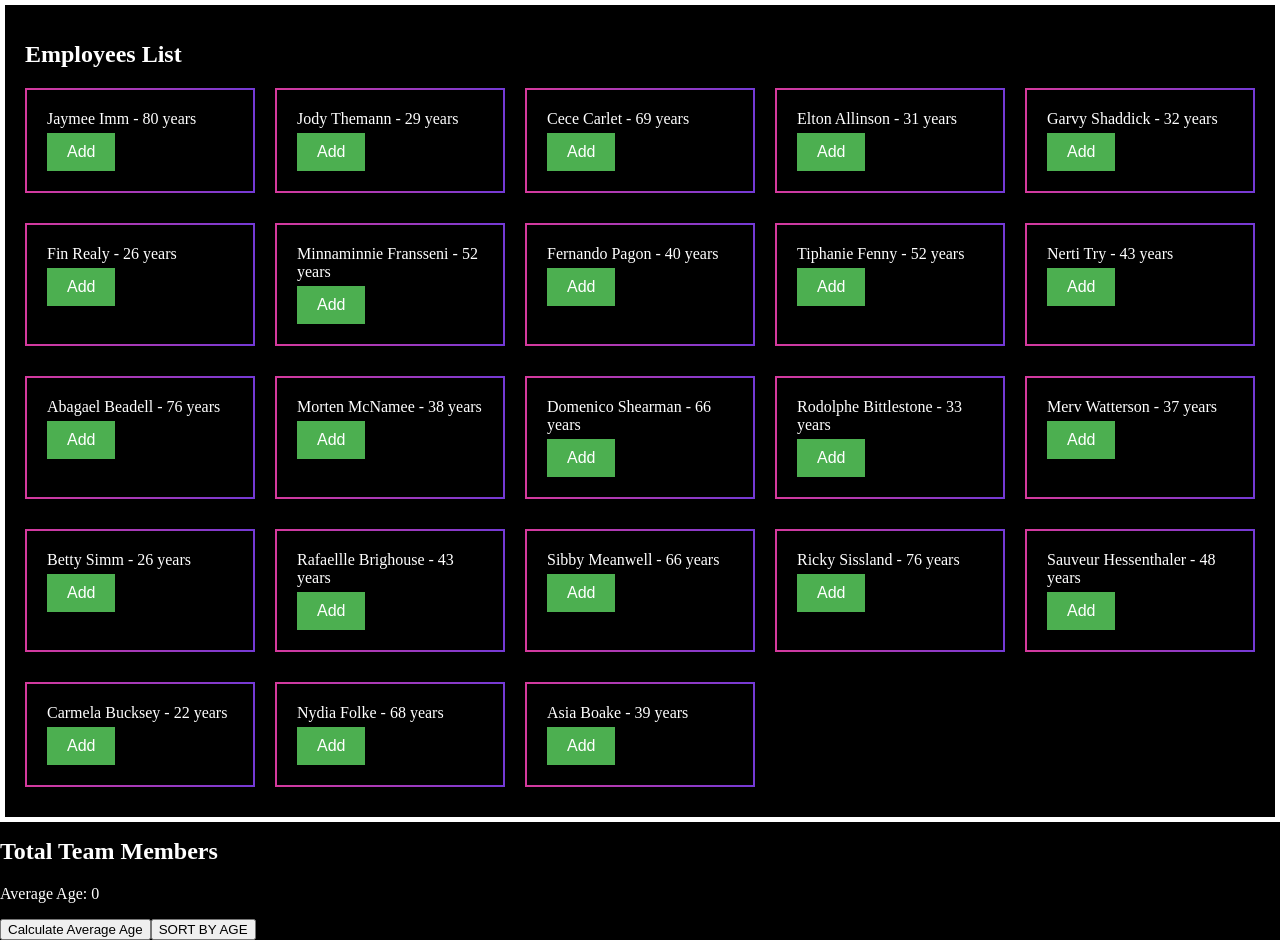
Repository: sriram1224/Teams-list
Page: /
The author's editor kept a copy of each file at every save. The page is drawn from the files as they stood at one save, then again after the next save.
The browser window is 1280 px wide. The pictures show the whole page.
The project was rebuilt for these pictures with package versions that can differ from the ones it lists, and the page was loaded fresh each time.

Above is the page before, as saved 2024-03-27 00:07:46.

### src/index.css
body {
  margin: 0;
 background-color: black;
 color : white;
}

code {
  font-family: source-code-pro, Menlo, Monaco, Consolas, 'Courier New',
    monospace;
}

### src/App.js
import Main from "./main";
import React from 'react';

function App() {
  return (
    <div >
      <Main />
    </div>
  );
}

export default App;

### src/main.jsx
import React, { useReducer } from 'react';
import EmployeesList from './EmloyeesList';
import TotalEmployees from './TotalEmployees';

const employees = [
  {"id":1,"first_name":"Jaymee","last_name":"Imm","email":"jimm0@craigslist.org","gender":"Genderqueer","age":80},
{"id":2,"first_name":"Jody","last_name":"Themann","email":"jthemann1@skyrock.com","gender":"Agender","age":29},
{"id":3,"first_name":"Cece","last_name":"Carlet","email":"ccarlet2@jalbum.net","gender":"Male","age":69},
{"id":4,"first_name":"Elton","last_name":"Allinson","email":"eallinson3@jugem.jp","gender":"Male","age":31},
{"id":5,"first_name":"Garvy","last_name":"Shaddick","email":"gshaddick4@rediff.com","gender":"Male","age":32},
{"id":6,"first_name":"Fin","last_name":"Realy","email":"frealy5@unc.edu","gender":"Male","age":26},
{"id":7,"first_name":"Minnaminnie","last_name":"Fransseni","email":"mfransseni6@aboutads.info","gender":"Agender","age":52},
{"id":8,"first_name":"Fernando","last_name":"Pagon","email":"fpagon7@blogs.com","gender":"Male","age":40},
{"id":9,"first_name":"Tiphanie","last_name":"Fenny","email":"tfenny8@sakura.ne.jp","gender":"Female","age":52},
{"id":10,"first_name":"Nerti","last_name":"Try","email":"ntry9@shareasale.com","gender":"Female","age":43},
{"id":11,"first_name":"Abagael","last_name":"Beadell","email":"abeadella@unc.edu","gender":"Female","age":76},
{"id":12,"first_name":"Morten","last_name":"McNamee","email":"mmcnameeb@sun.com","gender":"Male","age":38},
{"id":13,"first_name":"Domenico","last_name":"Shearman","email":"dshearmanc@seesaa.net","gender":"Male","age":66},
{"id":14,"first_name":"Rodolphe","last_name":"Bittlestone","email":"rbittlestoned@51.la","gender":"Male","age":33},
{"id":15,"first_name":"Merv","last_name":"Watterson","email":"mwattersone@storify.com","gender":"Male","age":37},
{"id":16,"first_name":"Betty","last_name":"Simm","email":"bsimmf@engadget.com","gender":"Female","age":26},
{"id":17,"first_name":"Rafaellle","last_name":"Brighouse","email":"rbrighouseg@vinaora.com","gender":"Male","age":43},
{"id":18,"first_name":"Sibby","last_name":"Meanwell","email":"smeanwellh@independent.co.uk","gender":"Female","age":66},
{"id":19,"first_name":"Ricky","last_name":"Sissland","email":"rsisslandi@google.it","gender":"Male","age":76},
{"id":20,"first_name":"Sauveur","last_name":"Hessenthaler","email":"shessenthalerj@ocn.ne.jp","gender":"Male","age":48},
{"id":21,"first_name":"Carmela","last_name":"Bucksey","email":"cbuckseyk@acquirethisname.com","gender":"Female","age":22},
{"id":22,"first_name":"Nydia","last_name":"Folke","email":"nfolkel@disqus.com","gender":"Female","age":68},
{"id":23,"first_name":"Asia","last_name":"Boake","email":"aboakem@1und1.de","gender":"Female","age":39}
];
  // Your employee data goes here

function Main() {
  const [state, dispatch] = useReducer(reducer, { employees: employees, team: [] });

  function reducer(state, action) {
    switch(action.type) {
      case 'ADD':
        return {
          ...state,
          employees: state.employees.map(emp => emp.id === action.payload.id ? { ...emp, added: true } : emp),
          team: [...state.team, action.payload]
        };
      case 'DELETE':
        return {
          ...state,
          employees: state.employees.map(emp => emp.id === action.payload.id ? { ...emp, added: false } : emp),
          team: state.team.filter(emp => emp.id !== action.payload.id)
        };
      case 'Calculate_Average':
        const totalAge = state.team.reduce((acc, emp) => acc + emp.age, 0);
        const averageAge = totalAge / state.team.length || 0;
        return {
          ...state,
          averageAge
        };
      case 'sort':
        return {
          ...state,
          team: state.team.sort((a, b) => a.age - b.age),
        };
      default:
        return state;
    }
  }

  return (
    <div>
      <EmployeesList employees={state.employees} dispatch={dispatch} />
      <TotalEmployees team={state.team} dispatch={dispatch} />
    </div>
  );
}

export default Main;

### src/EmloyeesList.jsx
import React from 'react'
import './list.css';

const EmployeesList = ({ employees, dispatch }) => {
    return (
        <div className="employees-list">
            <h1 className="header">Employees List</h1>
            <div className="employlist-main">

            {employees && employees.map(emp => (
                <div key={emp.id} className="employee-item">
                    <span className={emp.added ? "gray-text" : "white-text"}>
                        <p className="employee-info">{emp.first_name} {emp.last_name} - { emp.age} years</p>
                    </span>
                    {!emp.added && (
                        <button className="add-button" onClick={() => dispatch({ type: 'ADD', payload: emp })}>Add</button>
                    )}
                </div>
            ))}
        </div></div>
    );
}
export default EmployeesList;

### src/TotalEmployees.jsx
import React from "react";


const TotalEmployees = ({ team, dispatch }) => {
    const averageAge = team.reduce((total, emp) => total + emp.age, 0) / team.length;

    return (
        <div className="total-employees">
            <h1 className="header">Total Team Members</h1>
            {team && team.map(emp => (
                <div key={emp.id} className="employee-list">
                    <span className="employee-info">
                        <p>{emp.first_name} {emp.last_name} - {emp.age} years</p>
                    </span>
                    {!emp.added && (
                        <button className="remove-button" onClick={() => dispatch({ type: 'DELETE', payload: emp })}>Remove</button>
                    )}
                </div>
            ))}
            <p className="average-age">Average Age: {team.length > 0 ? averageAge : 0}</p>
            <button className="average-button" onClick={() => dispatch({ type: "Calculate_Average" })}>
                Calculate Average Age
            </button>
            <button className="sort-button" onClick={() => dispatch({ type: "sort" })}>
                SORT BY AGE
            </button>
        </div>
    );
}

export default TotalEmployees;

### src/list.css
.employees-list {
    padding: 20px;
    border: 10px solid;
    border-image-slice: 1;
    border-width: 5px;
}

.header {
    font-size: 24px;
    margin-bottom: 20px;
}

.employee-item {
    margin-bottom: 10px;
    padding: 20px;
        border: 4px solid;
        border-image-slice: 1;
        border-width: 2px;
        color: white;
}

.employee-info {
    margin: 0;
}
.employlist-main{
    display: grid;
        grid-template-columns: repeat(auto-fill, minmax(200px, 1fr));
        grid-gap: 20px;

}

.add-button {
    background-color: #4CAF50;
    /* Green */
    border: none;
    color: white;
    padding: 10px 20px;
    text-align: center;
    text-decoration: none;
    display: inline-block;
    font-size: 16px;
    margin-top: 5px;
    cursor: pointer;
}

.gray-text {
    color: gray;
}

.white-text {
    color: rgb(255, 255, 255);
}



.employee-item {
    border-image-source: linear-gradient(to left, #743ad5, #d53a9d);
}

Loaded but not shown: public/index.html (common file); src/index.js (common file); src/reportWebVitals.js (common file)

After the next save:
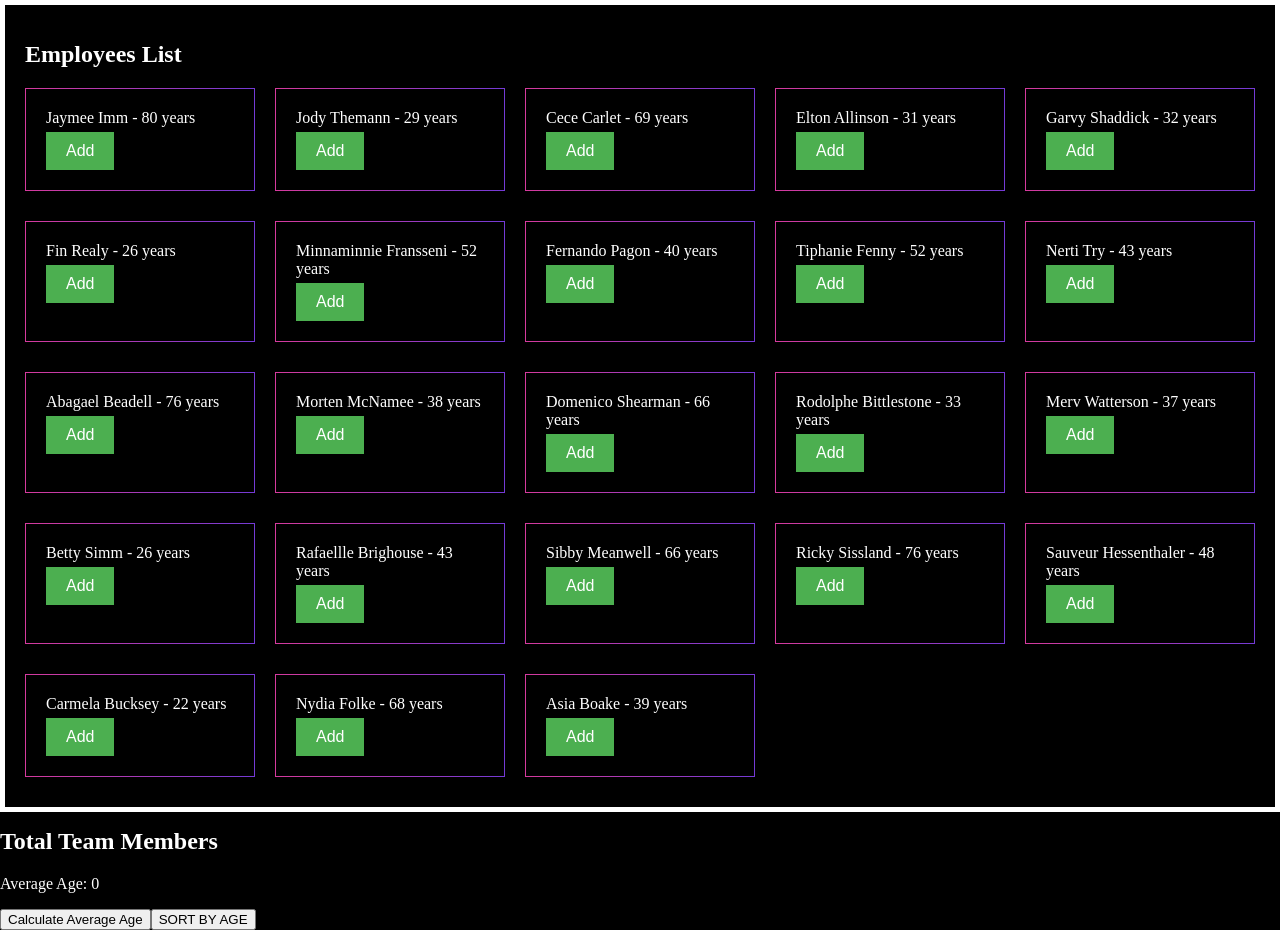
Saved 21 s later.
--- a/src/list.css
+++ b/src/list.css
@@ -15,7 +15,7 @@
     padding: 20px;
         border: 4px solid;
         border-image-slice: 1;
-        border-width: 2px;
+        border-width: 1px;
         color: white;
 }
 
